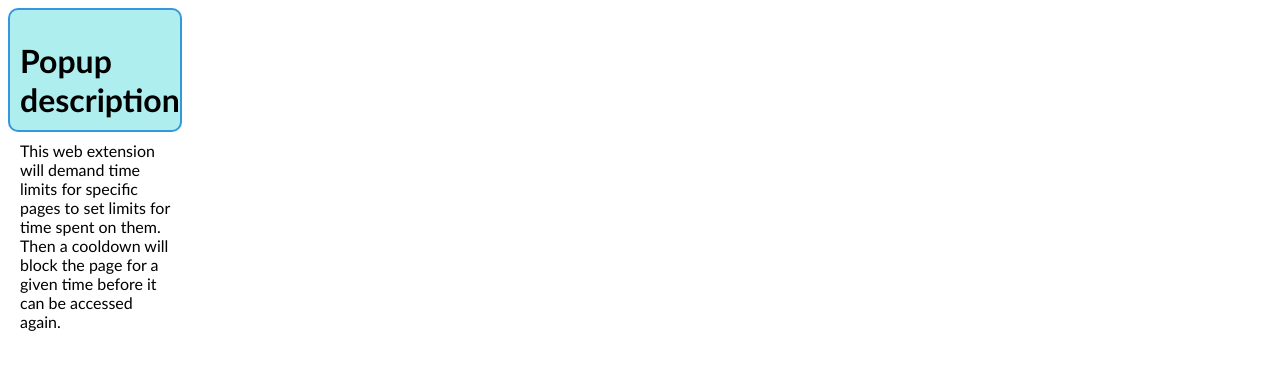
Repository: AndrlmMass/Time-management-chrome-extension
Page: popup.html
The author's editor kept a copy of each file at every save. The page is drawn from the files as they stood at one save, then again after the next save.
The browser window is 1280 px wide. The pictures show the whole page.

Above is the page before, as saved 2023-08-22 15:35:35.

After the next save:
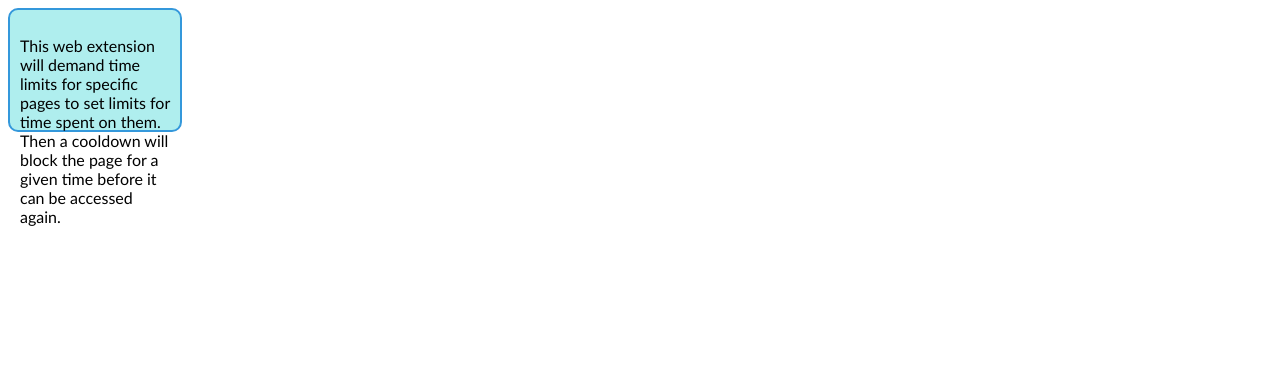
Saved 9 s later.
--- a/popup.html
+++ b/popup.html
@@ -6,8 +6,6 @@
 </head>
 <body>
   <div id="popup-container">
-    <h1 class="popup-title">Popup description</h1>
-    <div>
     <p> This web extension will demand time limits for specific pages to set limits for time spent on them. Then a cooldown will block the page for a given time before it can be accessed again.</p>
     </div>
   </div>
